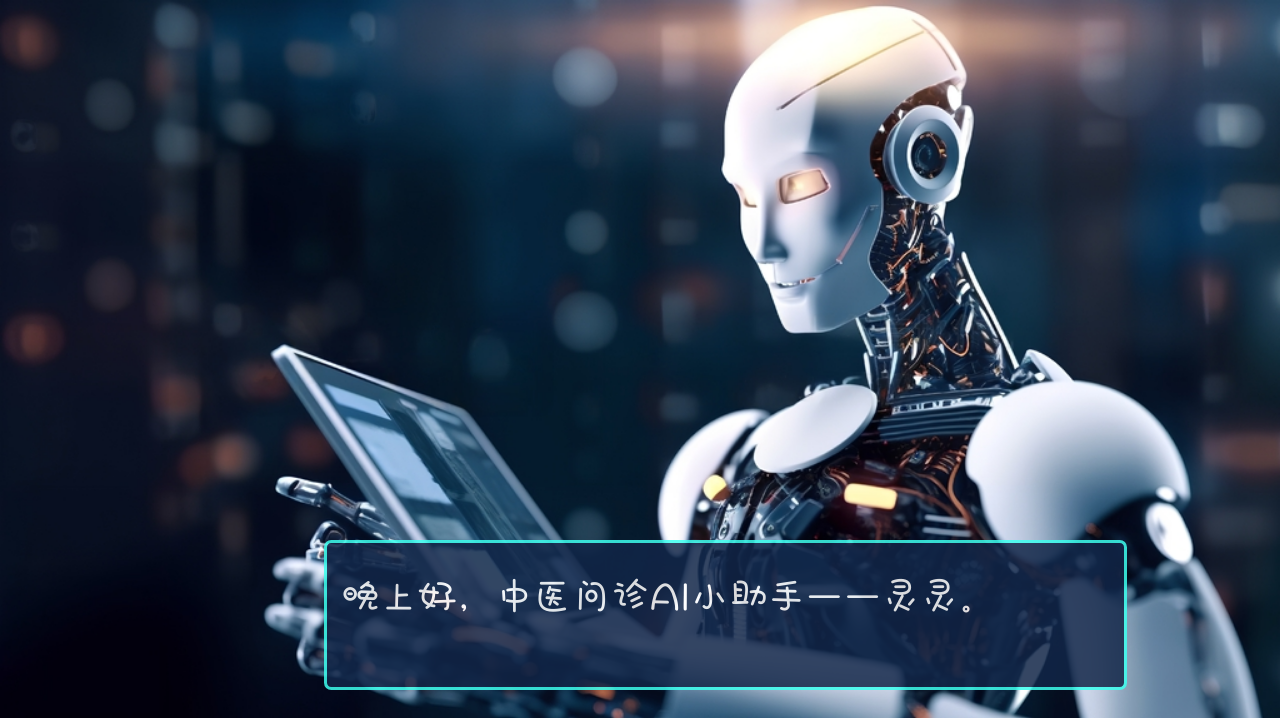
Repository: chjyume/zhongyi
Page: index3.html
The author's editor kept a copy of each file at every save. The page is drawn from the files as they stood at one save, then again after the next save.
The browser window is 1280 px wide. The pictures show the whole page.

Above is the page before, as saved 2023-09-10 13:30:06.

### index3.html
<!DOCTYPE html>
<html>
	<head>
		<meta name="viewport" content="width=device-width, initial-scale=1.0">
        <meta charset="utf-8" />
		<title>小故事引入</title>

        <link href="css\index3.css" rel="stylesheet" type="text/css">
		<link rel="stylesheet" type="text/css" href="family\font.css">
	</head>
	<style>
	body
	{
        background-image:url("img/img3-1.png");
		background-repeat:no-repeat;
        height: 100%;
        width: 100%;
        background-size:cover;
	}
	</style>
		<div id="textDiv"  tabindex="1"></div>
		<div id="endMarker" style="display: none;"></div>
		<div id="overlay">
  			<p>这是一个遮罩层！</p>
		</div>
		<div id="chosenDiv" style="display: none;  font-size: 50px;" tabindex="1">
			<div id="text1" tabindex="1">
			  <div id="bubble" class="t1"  tabindex="1"> 右佐匹克隆</div>
			  <div id="bubble" class="t2"  tabindex="1"> 奥沙西洋</div>
			  <div id="bubble" class="t3"  tabindex="1"> 加巴喷丁</div>
			  <div id="bubble" class="t4"  tabindex="1">苯二氮䓬类受体激动剂</div>
			  <div id="bubble" class="t5"  tabindex="1"> 艾司唑仑</div>
			  <div id="bubble" class="t6"  tabindex="1"> 三唑仑</div>
			  <div id="bubble" class="t7"  tabindex="1"> 水合氯醛</div>
			</div>
			<div id="text2"tabindex="1">
			  <div id="bubble" class="tt1"  tabindex="1"> 呼吸减慢法 </div>
			  <div id="bubble" class="tt2"  tabindex="1"> 联想法</div>
			  <div id="bubble" class="tt3"  tabindex="1"> 转动眼珠法</div>
			  <div id="bubble" class="tt4"  tabindex="1">用左侧鼻孔呼吸法</div>
			  <div id="bubble" class="tt5"  tabindex="1"> 回想法</div>
			  <div id="bubble" class="tt6"  tabindex="1"> 白噪音</div>
			  <div id="bubble" class="tt7"  tabindex="1"> 轻型助眠操</div>
			  <div id="bubble" class="tt8"  tabindex="1">安神补脑液</div>
			  <div id="bubble" class="tt9"  tabindex="1">刺激控制疗法</div>
			</div>
			<div id="text3"tabindex="1">
			  <div id="bubble" class="way1"  tabindex="1"> 中医针灸治疗（岐黄针） </div>
			  <div id="bubble" class="way2"  tabindex="1"> 中医音乐治疗</div>
			 <div id="bubble" class="way3"  tabindex="1">中医安神香囊</div>
			</div>
		</div>


	</body>
	<script src="js/index3.js"></script>
</html>

### css/index3.css
#textDiv {
  z-index: 2;
    width: 60%;
    cursor: pointer;
    height: 10vh;
    position: fixed;
    padding: 5vh 2vh;
    font-family:HYLeMiaoTi;
    font-size: 3vw;
    line-height: 3vw;
    top:75vh;
    left: 45vh;

    color: #122648;
    background: #c2d9e9;
    border: 0.5vh solid #3fffef;
    border-radius: 1vh;
    opacity: 0.85;
    overflow: hidden;
  }
  #chosenDiv{
    position: fixed;
    width: 150vh;
    height: 70vh;
    margin: 1vh;
    border: 0.1vh solid #2c80ff;
    border-radius: 1vh;
    background-color: transparent;
    backdrop-filter: blur(1vh);
    z-index: 5;
  }

  #bubble{
margin: 20px;
position: fixed;
padding: 20px 12px;
font-family:HYLeMiaoTi;
font-size: 25px;
line-height: 40px;
color: #c0ffef;
background: #1a4c96;
border: 1px solid #86f3ff;
border-radius: 10px;
opacity: 0.8;
}

#endMarker {
  position: fixed;
  z-index: 2;
  width: 0;
  height: 0;
  margin:auto;
  top:90vh;
  left:155vh;
  border-left: 2vh solid transparent;
  border-right: 2vh solid transparent;
  border-top: 3vh solid #00ffcc;
  animation: jump 0.5s infinite alternate;
}

@keyframes jump {
  0% {
    transform: translateY(0);
  }

  100% {
    transform: translateY(-1vh);
  }
}

#textContainer {
  position: absolute;
  top: 0;
  left: 0;
  width: 100%;
  height: 100%;
  padding: 10px;
  box-sizing: border-box;
  background-color: #122648;
  color: white;
}

#textBox {
  height: 100%;
  overflow-y: auto;
}

#overlay {
  position: fixed;
  top: 0;
  left: 0;
  width: 100%;
  height: 100%;
  background-color: rgba(0, 0, 0, 0.5);
  display: none;
  justify-content: center;
  align-items: center;
  z-index: 6;
}

#overlay p {
  color: white;
  font-size: 24px;
}

### family/font.css
@font-face {
    font-family: "HYLeMiaoTi";
    src:url("HYLeMiaoTiJ.ttf");
    font-weight: normal;
    font-style: normal;
}

### js/index3.js
var textDiv = document.getElementById('textDiv');
var texts = ['晚上好，中医问诊AI小助手——灵灵。',
  '晚上好，这么晚了，主人怎么还没有休息？',
  '我又失眠了，我的安眠药也吃完了，怎么都睡不着。不是你说可以帮助我的吗？',
  '我通过全网查询得到以下诸多方法治疗失眠，你可以诉说你的需求进行筛选',
  '好的，已为你进行筛选',
  '好的，已为你再次筛选',
  '好的，其中的针灸并不痛'];
var currentTextIndex = -1;
var currentText = "";
var originalBackgroundColor = "lightblue";
var originalColor = "black";


function showNextText() {
  document.body.style.overflow = 'hidden';
  if (currentTextIndex < texts.length - 1) {
    var endMarker = document.getElementById('endMarker');
    endMarker.style.display = 'none';
    currentTextIndex++;
    currentText = texts[currentTextIndex];
    var i = 0;
    textDiv.innerHTML = ""; // 清空文字内容

    var typing = setInterval(function() {
      if (i < currentText.length) {
        var span = document.createElement("span");
        span.textContent = currentText.charAt(i);
        if (currentTextIndex % 2 === 0 && currentTextIndex <= texts.length -5) {
          span.style.color = "white"; //改变字体颜色
          textDiv.style.backgroundColor = "#122648"; // 改变背景颜色
          textDiv.style.color = originalColor; // 设置字体颜色
        } else {
          span.style.color = originalColor; // 恢复字体颜色
          textDiv.style.backgroundColor = originalBackgroundColor; // 恢复背景颜色
        }

        textDiv.appendChild(span);
        i++;
        if (currentTextIndex === texts.length - 5) {
          var chosenDiv = document.getElementById('chosenDiv');
          chosenDiv.style.display = 'block';
        }

//遮罩层

        if (currentTextIndex > 2) {
          const overlay = document.querySelector('#overlay');
          textDiv.addEventListener('click', () => {
            overlay.style.display = 'flex';
            textDiv.style.display = 'none'; // 隐藏textDiv
            endMarker.style.display = 'none';
          });
          overlay.addEventListener('click', () => {
            overlay.style.display = 'none';
            textDiv.addEventListener('click', showNextText);
            textDiv.style.display = 'block';  // 显示textDiv

            endMarker.style.display = 'block';
          });
        }else {
          return;
          }

//句末三角
         if (i === currentText.length) {
          var endMarker = document.getElementById('endMarker');
          endMarker.style.display = 'block';
        }
      } else {
        clearInterval(typing);
      }
    }, 100);
  } else {
    return;
  }
}
textDiv.addEventListener('click', showNextText);

showNextText();

After the next save:
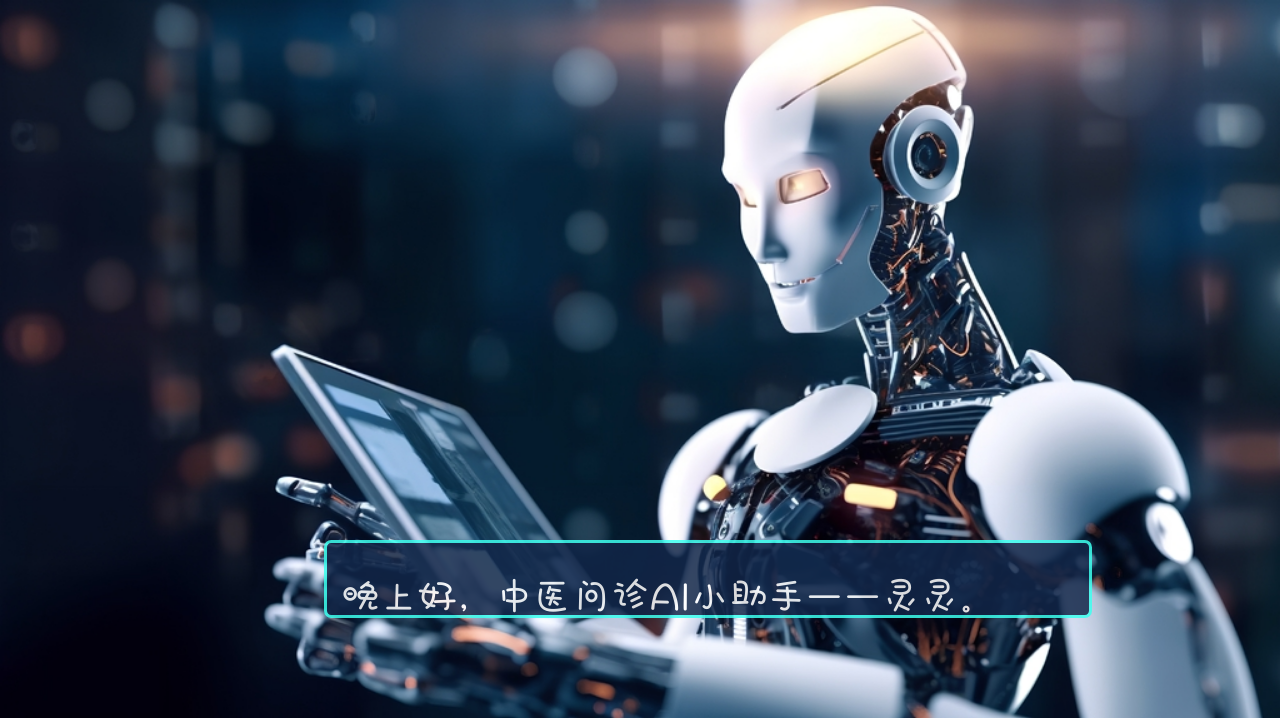
Saved 48 min 35 s later.
--- a/css/index3.css
+++ b/css/index3.css
@@ -102,3 +102,125 @@ opacity: 0.8;
   color: white;
   font-size: 24px;
 }
+
+@charset "utf-8";
+
+* {
+  box-sizing: border-box;
+  -webkit-appearance: none;
+}
+
+*:focus {
+  outline: none;
+}
+
+.clearfix:after {
+  content: "";
+  display: block;
+  clear: both;
+  height: 0;
+  visibility: hidden;
+}
+
+.clearfix {
+  zoom: 1;
+  display: flex;
+  justify-content: center;
+  align-items: center;
+  height: 100vh;
+}
+
+.btn {
+  display: inline-block;
+  padding: 2vh 8vh;
+  text-decoration: none;
+  position: relative;
+}
+
+.btn1 {
+  position: relative;
+  color: #fff;
+  background: #17A086;
+  border: 1px solid #17A086;
+  -webkit-transition: background-color .3s, color .3s;
+  transition: background-color .3s, color .3s
+}
+
+.btn1:before {
+  content: '';
+  position: absolute;
+  top: -15px;
+  left: -15px;
+  bottom: -15px;
+  right: -15px;
+  background: inherit;
+  z-index: -1;
+  opacity: 0.5;
+  -webkit-transform: scale3d(.6, .4, 1);
+  transform: scale3d(.6, .4, 1);
+  display: none\9;
+}
+
+.btn1:hover {
+  background: #1DCBA8;
+  border-color: #1DCBA8;
+  -webkit-transition: background-color .1s .3s, color .1s .3s;
+  transition: background-color .1s .3s, color .1s .3s;
+  -webkit-animation: anim-moema-1 .3s forwards;
+  animation: anim-moema-1 .3s forwards
+}
+
+.btn1:hover:before {
+  -webkit-animation: anim-moema-2 .3s .3s forwards;
+  animation: anim-moema-2 .3s .3s forwards;
+}
+
+@-webkit-keyframes anim-moema-1 {
+  60% {
+    -webkit-transform: scale3d(.8, .8, 1);
+    transform: scale3d(.8, .8, 1)
+  }
+
+  85% {
+    -webkit-transform: scale3d(1.1, 1.1, 1);
+    transform: scale3d(1.1, 1.1, 1)
+  }
+
+  100% {
+    -webkit-transform: scale3d(1, 1, 1);
+    transform: scale3d(1, 1, 1)
+  }
+}
+
+@keyframes anim-moema-1 {
+  60% {
+    -webkit-transform: scale3d(.8, .8, 1);
+    transform: scale3d(.8, .8, 1)
+  }
+
+  85% {
+    -webkit-transform: scale3d(1.1, 1.1, 1);
+    transform: scale3d(1.1, 1.1, 1)
+  }
+
+  100% {
+    -webkit-transform: scale3d(1, 1, 1);
+    transform: scale3d(1, 1, 1)
+  }
+}
+
+@-webkit-keyframes anim-moema-2 {
+  to {
+    opacity: 0;
+    -webkit-transform: scale3d(1, 1, 1);
+    transform: scale3d(1, 1, 1)
+  }
+}
+
+@keyframes anim-moema-2 {
+  to {
+    opacity: 0;
+    -webkit-transform: scale3d(1, 1, 1);
+    transform: scale3d(1, 1, 1)
+  }
+}

After the 3 saves that followed:
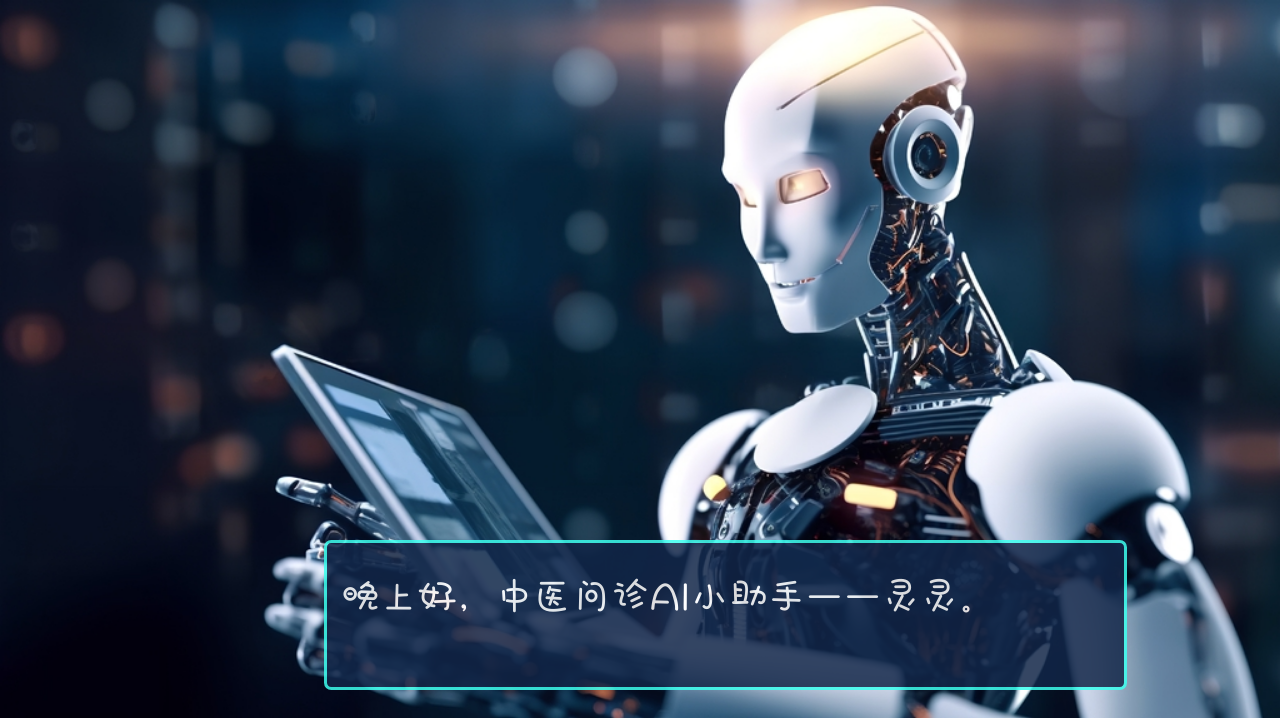
Console error: ReferenceError: $ is not defined
The 3 saves are shown as one change because 2 left the picture as it was.
The last was saved 10 min 33 s later.
--- a/index3.html
+++ b/index3.html
@@ -21,7 +21,9 @@
 		<div id="textDiv"  tabindex="1"></div>
 		<div id="endMarker" style="display: none;"></div>
 		<div id="overlay">
-  			<p>这是一个遮罩层！</p>
+			<div class="clearfix">
+				<a class="btn btn1"><span class="btn-inner">查看更多</span></a>
+			</div>
 		</div>
 		<div id="chosenDiv" style="display: none;  font-size: 50px;" tabindex="1">
 			<div id="text1" tabindex="1">
--- a/css/index3.css
+++ b/css/index3.css
@@ -103,16 +103,7 @@ opacity: 0.8;
   font-size: 24px;
 }
 
-@charset "utf-8";
-
-* {
-  box-sizing: border-box;
-  -webkit-appearance: none;
-}
-
-*:focus {
-  outline: none;
-}
+
 
 .clearfix:after {
   content: "";
--- a/js/index3.js
+++ b/js/index3.js
@@ -78,3 +78,16 @@ function showNextText() {
 textDiv.addEventListener('click', showNextText);
 
 showNextText();
+
+
+ $(function () {
+            $('.btn').on('click', function (e) {
+                var parentOffset = $(this).offset(),
+                    relX = e.pageX - parentOffset.left,
+                    relY = e.pageY - parentOffset.top;
+                $(this).find('.bgsqr1').css({
+                    top: relY,
+                    left: relX
+                });
+            });
+        });
